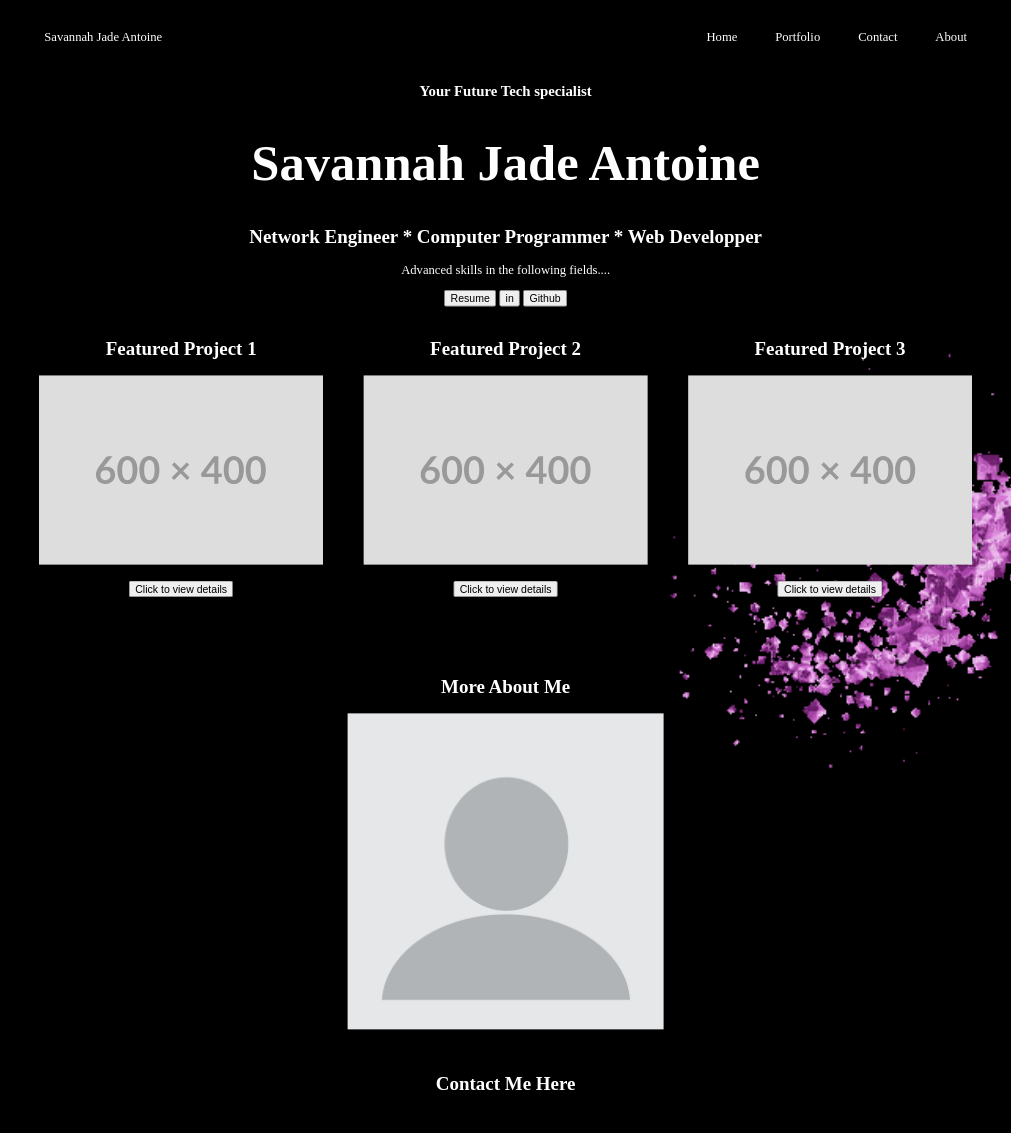
Repository: Savannah-Antoine/Savannah-Antoine
Page: index.html
These files come from the project's save history. The page is drawn as it stood at one moment and after the next save; the edit follows.
The browser window is 1280 px wide. The pictures show the whole page, at 79% of full size.

Above is the page before, as saved 2026-05-15 12:36:54.

### index.html
<!DOCTYPE html>
<html lang="en">
<head>
    <meta charset="UTF-8">
    <meta name="viewport" content="width=device-width, initial-scale=1.0">
    <link rel = "stylesheet" href = "./styles/index.css" />
    <link rel = "stylesheet" href = "./styles/globals.css" />
    <title>Document</title>
</head>
<body>
<header>
    <nav>
        <ul class = "homeButton">
           <li><a href = "index.html">Savannah Jade Antoine</a></li>
        </ul>
        <ul class = "navigation">
  <li><a href="index.html">Home</a></li>
  <li><a href="#PortfolioSection">Portfolio</a></li>
  <li><a href="#ContactMe">Contact</a></li>
  <li><a href="#AboutMe">About</a></li>
</ul>

</nav>
<h3>Your Future Tech specialist</h3>
<h1> Savannah Jade Antoine</h1>
<h2>Network Engineer * Computer Programmer * Web Developper</h2>
<p> Advanced skills in the following fields....</p>
<a href = "Savannah Jade Resume (1).pdf"><button>Resume</button></a>
<a href = "www.linkedin.com/in/savannah-antoine-ab0756390"><button>in</button></a>
<button>Github</button>

</header>
<main class = "container">
<section id = "PortfolioSection" class = "project-card">

<h2>Featured Project 1</h2>
<img src = "./assets/images/placeholder1.svg" alt = "First Portfolio placeholder image" />
<p><a href = "./pages/project-name-1.html"><button>Click to view details</button></a>
</section>


<section class = "project-card">
<h2>Featured Project 2</h2>
<img src = "./assets/images/placeholder1.svg" alt = "Second Portfolio placeholder image" />
<p><a href = "./pages/project-name-2.html"><button>Click to view details</button></a>
</section>
<section class = "project-card">
<h2>Featured Project 3</h2>
<img src = "./assets/images/placeholder1.svg" alt = "Third Portfolio placeholder image" />
<p><a href = "./pages/project-name-3.html"><button>Click to view details</button></a>
</section>

<section id = "AboutMe" class = "aboutMe">
<h2>More About Me</h2>
<img src = "./assets/images/profilepic.png" alt = "profile picture" />
</section>

<section id = "ContactMe">
<h2>Contact Me Here</h2>

</section>



</main>

</body>
</html>

### styles/index.css
.container{
  display: flex;
    flex-direction: column;
    align-items: center;
    gap: 2rem;
    padding: 20px;

}



body h1{
    font-size: 2.5rem;

}

img{
   width: 100%;
    max-width: 400px;
    height: auto;
}

@media screen and (min-width: 768px)
{
   body h1 {
        font-size: 4rem;
    }
    .container {
        flex-direction: row;
        flex-wrap: wrap;
        justify-content: space-around;
        align-items: flex-start;
    }
    .project-card {
        width: 30%;
        min-width: 250px;
        text-align: center;
    }

    .aboutMe{
        width: 100%;
        text-align: center;
        margin-top: 2rem;

    }
}




@media screen and (min-width: 1000px)
{
    .container {
        max-width: 1200px;
        margin: 0 auto;
    }
}

### styles/globals.css
body {
    background-color: black;
  background-image: url(/assets/images/background-pic.gif);
  background-repeat: no-repeat;
  background-size: cover;
  color: white;
  font-size: 16px;
  text-align: center;
}



.homeButton{
  order: -1;
  list-style-type: none;
  margin: 0;
  padding: 0;
  display: flex;
  justify-content: left;

}


nav {
    display: flex;
    justify-content: space-between;
    align-items: center;
    padding: 1rem 2rem;



}



nav ul {
    display: flex;
    list-style: none;
    gap: 1rem;
    margin: 0;
    padding: 0;
}
button:hover {
    background-color: pink;
    color: rgb(31, 1, 31);
    transform: translateY(-3px); /* Lifts the button up slightly */
    box-shadow: 0 5px 15px rgba(255, 255, 255, 0.3); /* Adds a subtle glow */
}


li a {
  display: block;
  color: white;
  padding: 14px 16px;
  text-decoration: none;
}

ul li a:hover {
 background-color: pink;
  color: rgb(31, 1, 31);
  box-shadow: 0 5px 15px rgba(255, 255, 255, 0.3)
}

h1{

  font-size: 4rem;
}

After the next save:
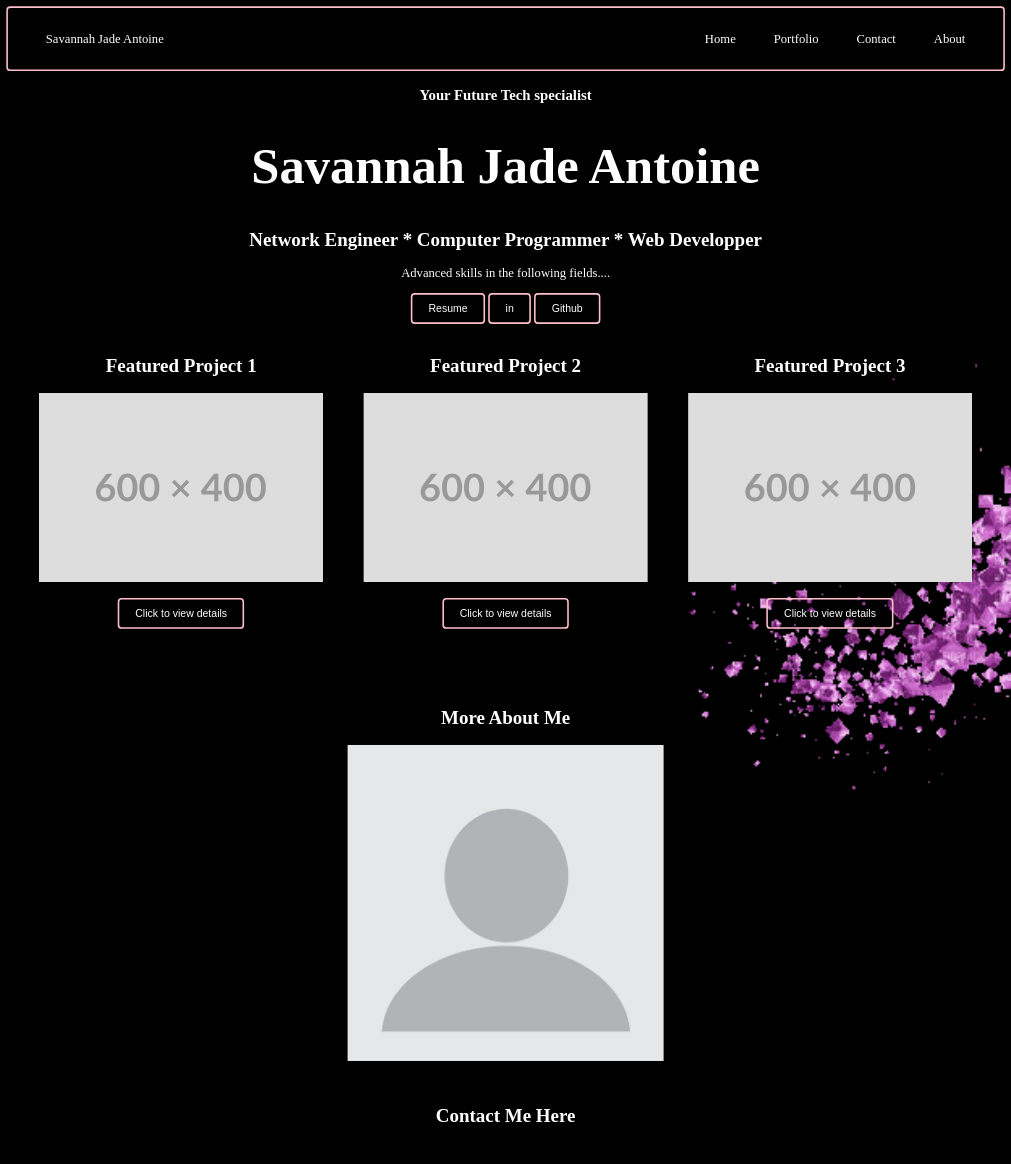
Saved 2 min 13 s later.
--- a/styles/globals.css
+++ b/styles/globals.css
@@ -27,7 +27,12 @@ nav {
     align-items: center;
     padding: 1rem 2rem;
 
-
+    background-color: transparent;
+    color: white;
+    border: 2px solid pink;
+    cursor: pointer;
+    transition: all 0.3s ease; /* This makes the transition smooth */
+    border-radius: 5px;
 
 }
 
@@ -39,6 +44,15 @@ nav ul {
     gap: 1rem;
     margin: 0;
     padding: 0;
+}
+button {
+    padding: 10px 20px;
+    background-color: transparent;
+    color: white;
+    border: 2px solid pink;
+    cursor: pointer;
+    transition: all 0.3s ease; /* This makes the transition smooth */
+    border-radius: 5px;
 }
 button:hover {
     background-color: pink;
